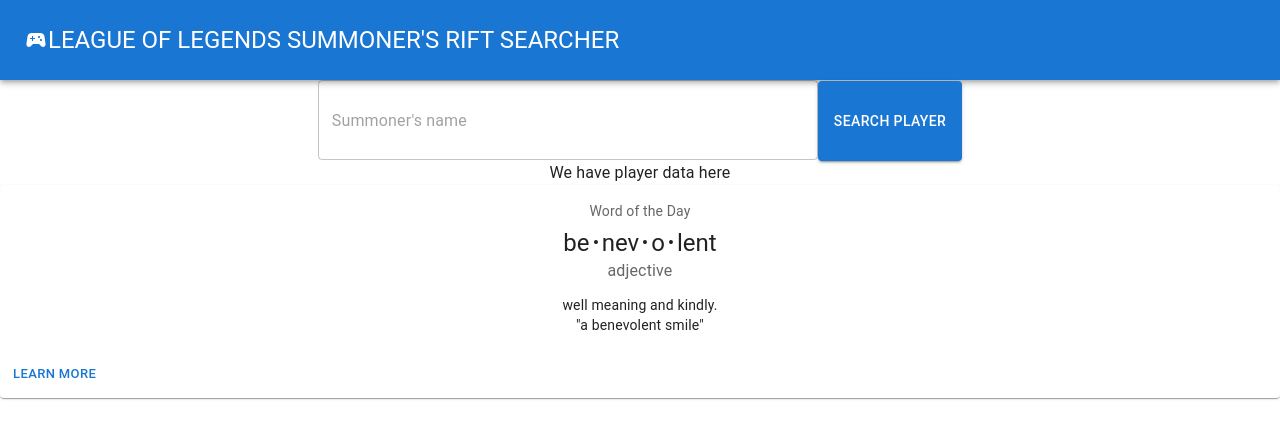
Repository: Mikerr21/League-Of-Legends-API
Page: /
These files come from the project's save history. The page is drawn as it stood at one moment and after the next save; the edit follows.
The browser window is 1280 px wide. The pictures show the whole page.
The page's requests for data from a server got no answer. The project was rebuilt for these pictures with package versions that can differ from the ones it lists, and the page was loaded fresh each time. No one was signed in, and anything a server would have sent is missing.

Above is the page before, as saved 2022-09-24 21:42:57.

### public/index.html
<!DOCTYPE html>
<html lang="en">
  <head>
    <meta charset="utf-8" />
    <link rel="icon" href="%PUBLIC_URL%/favicon.ico" />
    <meta name="viewport" content="width=device-width, initial-scale=1" />
    <meta name="theme-color" content="#000000" />
    <meta
      name="description"
      content="Web site created using create-react-app"
    />
    <link rel="apple-touch-icon" href="%PUBLIC_URL%/logo192.png" />

    <title>React App</title>
  </head>
  <body>
    <noscript>You need to enable JavaScript to run this app.</noscript>
    <div id="root"></div>

  </body>
</html>

### src/App.js
import React from "react";
import axios from "axios";
import { useState } from "react";
import { AppBar } from "@mui/material";
import { Toolbar } from "@mui/material";
import { CssBaseline } from "@mui/material";
import SportsEsportsIcon from "@mui/icons-material/SportsEsports";
import OutlinedInput from "@mui/material/OutlinedInput";
import "./App.css";
import { Typography } from "@mui/material";
import { Button } from "@mui/material";
import { Box } from "@mui/material";
import Card from '@mui/material/Card';
import CardActions from '@mui/material/CardActions';
import CardContent from '@mui/material/CardContent';



const bull = (
  <Box
    component="span"
    sx={{ display: 'inline-block', mx: '2px', transform: 'scale(0.8)' }}
  >
    •
  </Box>)


function App() {
  const [searchPlayer, setSearchPlayer] = useState("");
  const [playerData,setPlayerData]= useState({});
  const API_KEY ="c4eb3244-2494-4789-a6a3-47b4f6d5b70a";

  function fetchPlayerData(event){

    var API_KEY = "RGAPI-e5d7e95c-8a4e-4469-bf42-53bc6d1175b3";
    var API_CALL_STRING ="https://euw1.api.riotgames.com/lol/summoner/v4/summoners/by-name/" + searchPlayer + "?api_key=" +API_KEY;
    axios.get(API_CALL_STRING).then(function (response) {
      //Success

      setPlayerData(response.data);
    }).catch(function(error){
      //Error
      console.log(error)
    })
  }

  return (
    <div className="App">
      <CssBaseline />
      <AppBar position="static">
        <Toolbar variant="dense" style={{ height: "80px" }}>
          <SportsEsportsIcon></SportsEsportsIcon>
          <Typography variant="h5" component="h2">
            LEAGUE OF LEGENDS SUMMONER'S RIFT SEARCHER
          </Typography>
        </Toolbar>
      </AppBar>
      <Box>
        <OutlinedInput
          onChange={(e) => setSearchPlayer(e.target.value)}
          type="text"
          placeholder="Summoner's name"
          style={{ height: "80px", width: "500px" }}
        ></OutlinedInput>
        <Button onClick={fetchPlayerData()} variant="contained" style={{ height: "80px" }}>
          Search player
        </Button>
      </Box>
      {JSON.stringify(playerData.data) != '{}' ?
      <Typography>We have player data here</Typography>
       :
      <Typography>No player data detected</Typography>}

      <>
      <Card sx={{ minWidth: 275 }}>
      <CardContent>
        <Typography sx={{ fontSize: 14 }} color="text.secondary" gutterBottom>
          Word of the Day
        </Typography>
        <Typography variant="h5" component="div">
          be{bull}nev{bull}o{bull}lent
        </Typography>
        <Typography sx={{ mb: 1.5 }} color="text.secondary">
          adjective
        </Typography>
        <Typography variant="body2">
          well meaning and kindly.
          <br />
          {'"a benevolent smile"'}
        </Typography>
      </CardContent>
      <CardActions>
        <Button size="small">Learn More</Button>
      </CardActions>
    </Card>
    </>
    </div>
  );
}

export default App;

Loaded but not shown: src/index.js (common file); src/index.css (common file); src/App.css (common file)

After the next save:
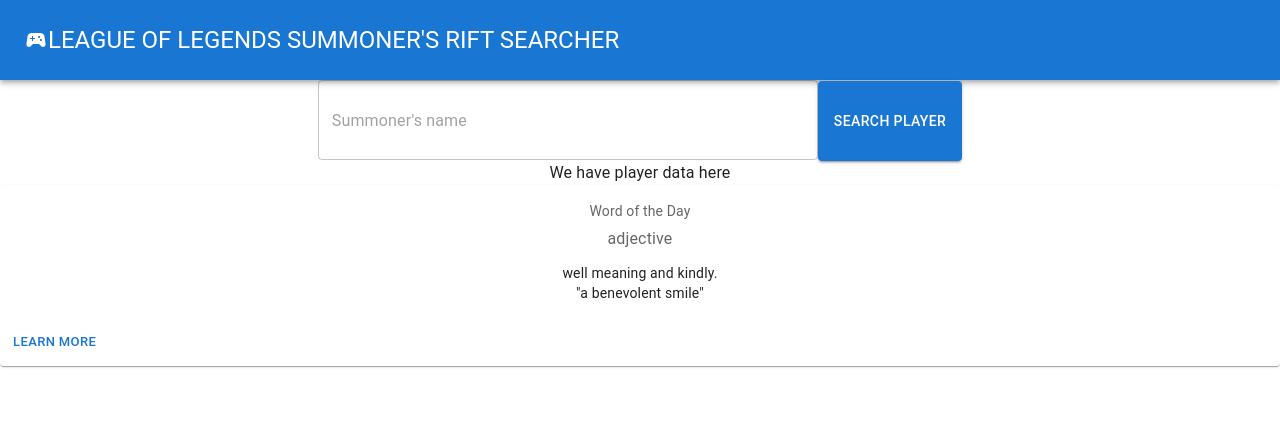
Saved 108 s later.
--- a/src/App.js
+++ b/src/App.js
@@ -13,16 +13,6 @@
 import Card from '@mui/material/Card';
 import CardActions from '@mui/material/CardActions';
 import CardContent from '@mui/material/CardContent';
-
-
-
-const bull = (
-  <Box
-    component="span"
-    sx={{ display: 'inline-block', mx: '2px', transform: 'scale(0.8)' }}
-  >
-    •
-  </Box>)
 
 
 function App() {
@@ -77,9 +67,6 @@
         <Typography sx={{ fontSize: 14 }} color="text.secondary" gutterBottom>
           Word of the Day
         </Typography>
-        <Typography variant="h5" component="div">
-          be{bull}nev{bull}o{bull}lent
-        </Typography>
         <Typography sx={{ mb: 1.5 }} color="text.secondary">
           adjective
         </Typography>
